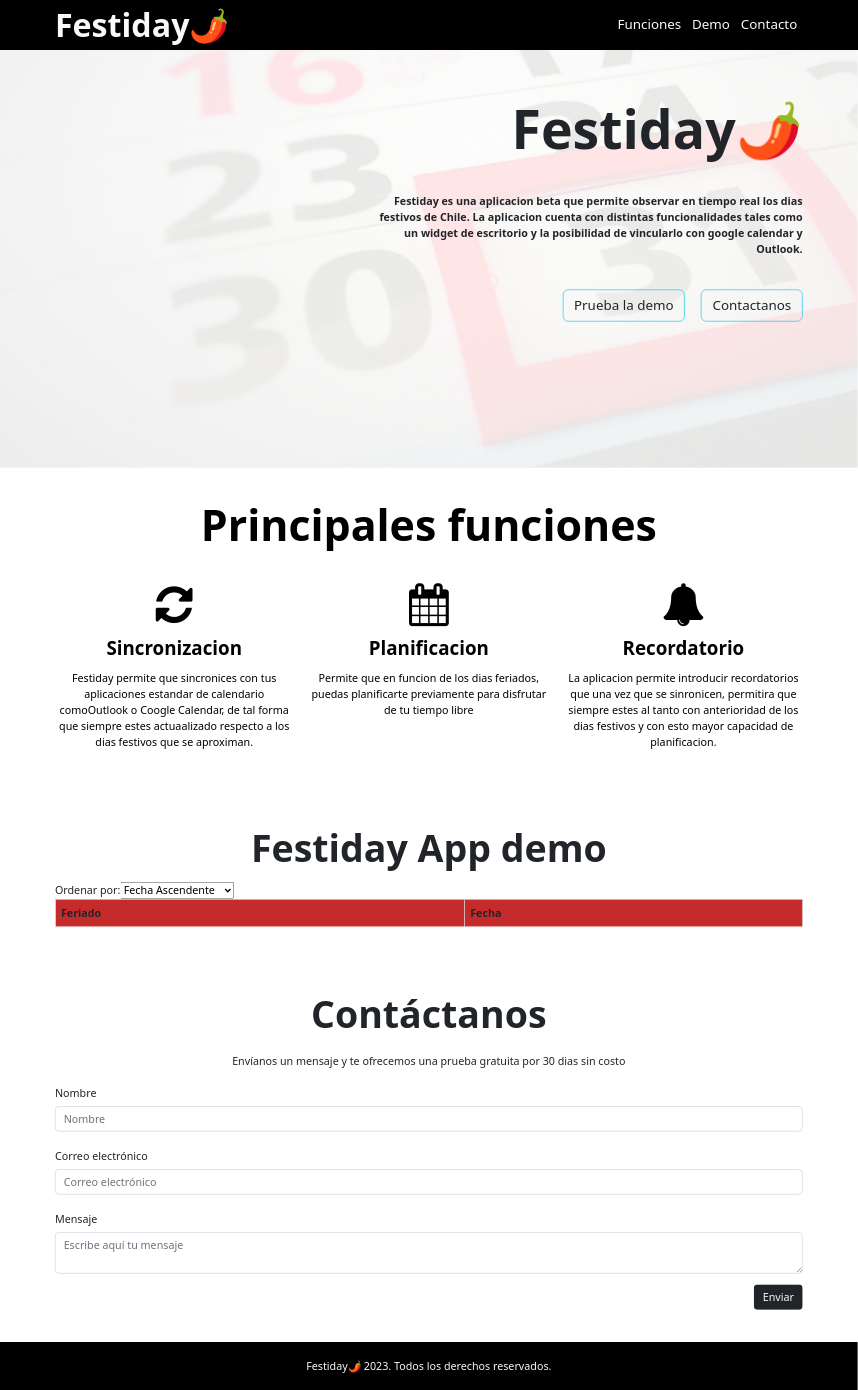
Repository: cvalenciapatagonia/Desafio-4-React-I
Page: /
The author's editor kept a copy of each file at every save. The page is drawn from the files as they stood at one save, then again after the next save.
The browser window is 1280 px wide. The pictures show the whole page, at 67% of full size.
The page's requests for data from a server got no answer. The project was rebuilt for these pictures with package versions that can differ from the ones it lists, and the page was loaded fresh each time. No one was signed in, and anything a server would have sent is missing. Also part of the build but not shown: vite.config.js, src/App.css.

Above is the page before, as saved 2023-09-08 16:10:25.

After the next save:
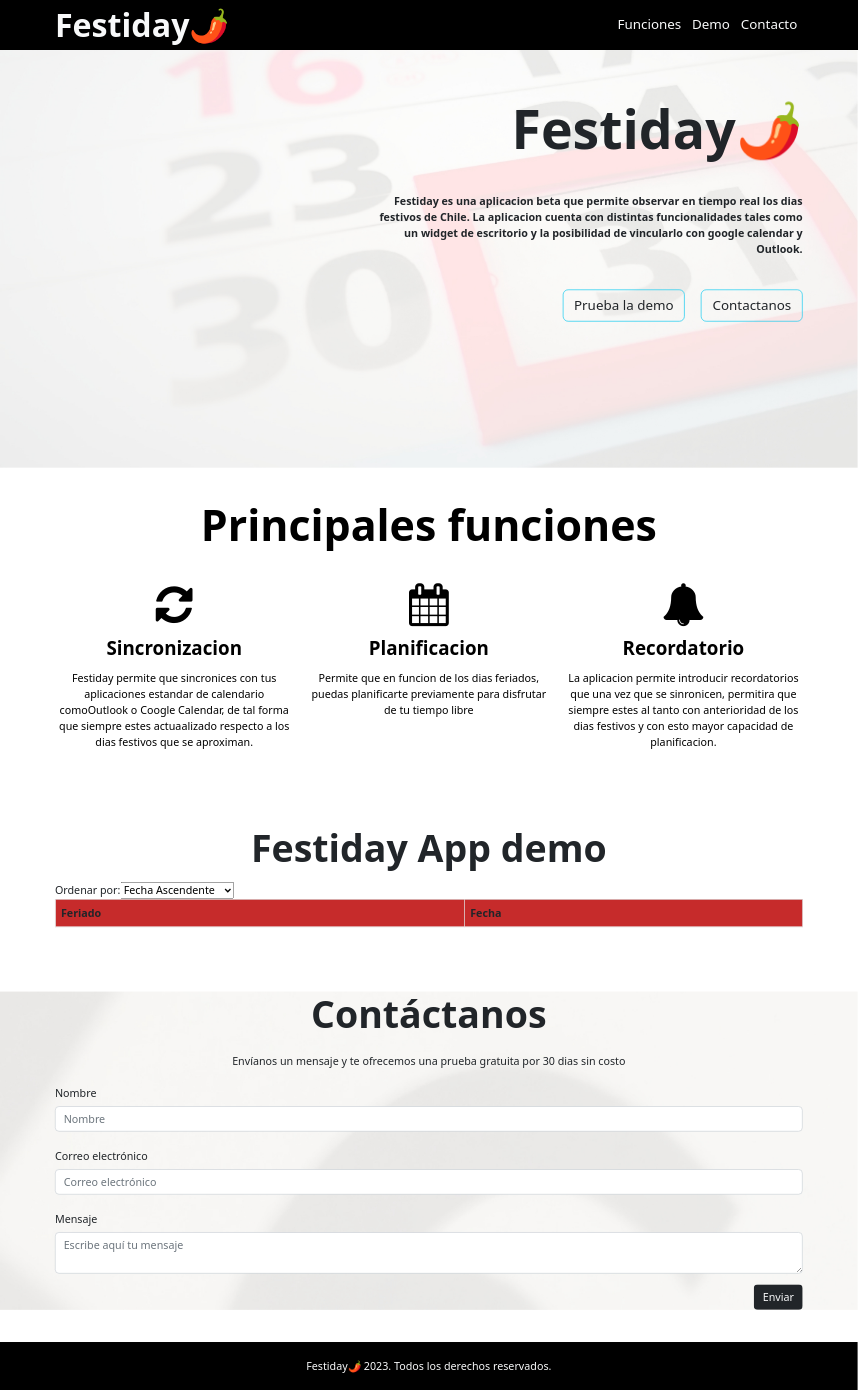
Saved 22 s later.
--- a/src/index.css
+++ b/src/index.css
@@ -49,7 +49,7 @@ table th {
   color: black;
 }
 
-.contact-container {
+#contact-container {
   background-image: url(./assets/img/bg2.jpg);
   background-color: aqua;
 
